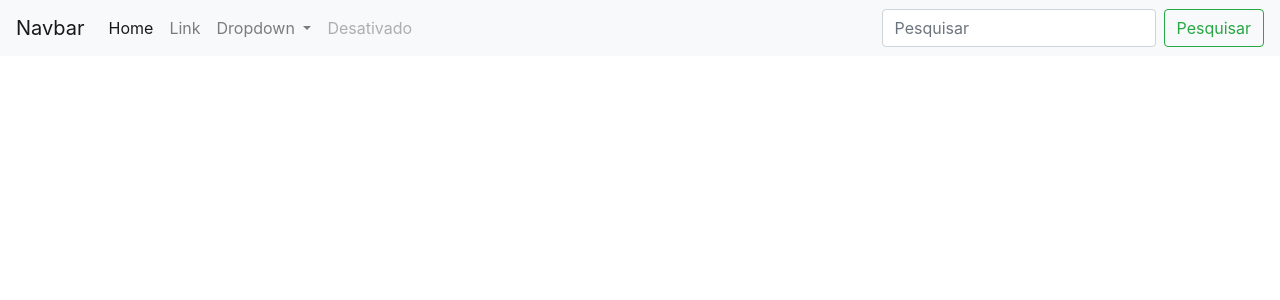
Repository: SolanoBarcelos/AtvPratMod4
Page: CrudJAVA/AtvPratMod4/src/main/webapp/index.html
These files come from the project's save history. The page is drawn as it stood at one moment and after the next save; the edit follows.
The browser window is 1280 px wide. The pictures show the whole page.

Above is the page before, as saved 2022-02-13 19:28:12.

After the next save:
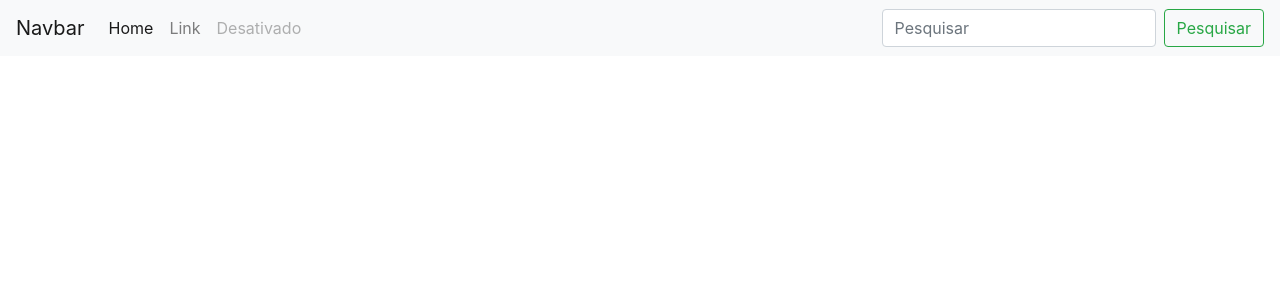
Saved 3 min 34 s later.
--- a/CrudJAVA/AtvPratMod4/src/main/webapp/index.html
+++ b/CrudJAVA/AtvPratMod4/src/main/webapp/index.html
@@ -24,17 +24,6 @@
       <li class="nav-item">
         <a class="nav-link" href="#">Link</a>
       </li>
-      <li class="nav-item dropdown">
-        <a class="nav-link dropdown-toggle" href="#" id="navbarDropdown" role="button" data-toggle="dropdown" aria-haspopup="true" aria-expanded="false">
-          Dropdown
-        </a>
-        <div class="dropdown-menu" aria-labelledby="navbarDropdown">
-          <a class="dropdown-item" href="#">Ação</a>
-          <a class="dropdown-item" href="#">Outra ação</a>
-          <div class="dropdown-divider"></div>
-          <a class="dropdown-item" href="#">Algo mais aqui</a>
-        </div>
-      </li>
       <li class="nav-item">
         <a class="nav-link disabled" href="#">Desativado</a>
       </li>
